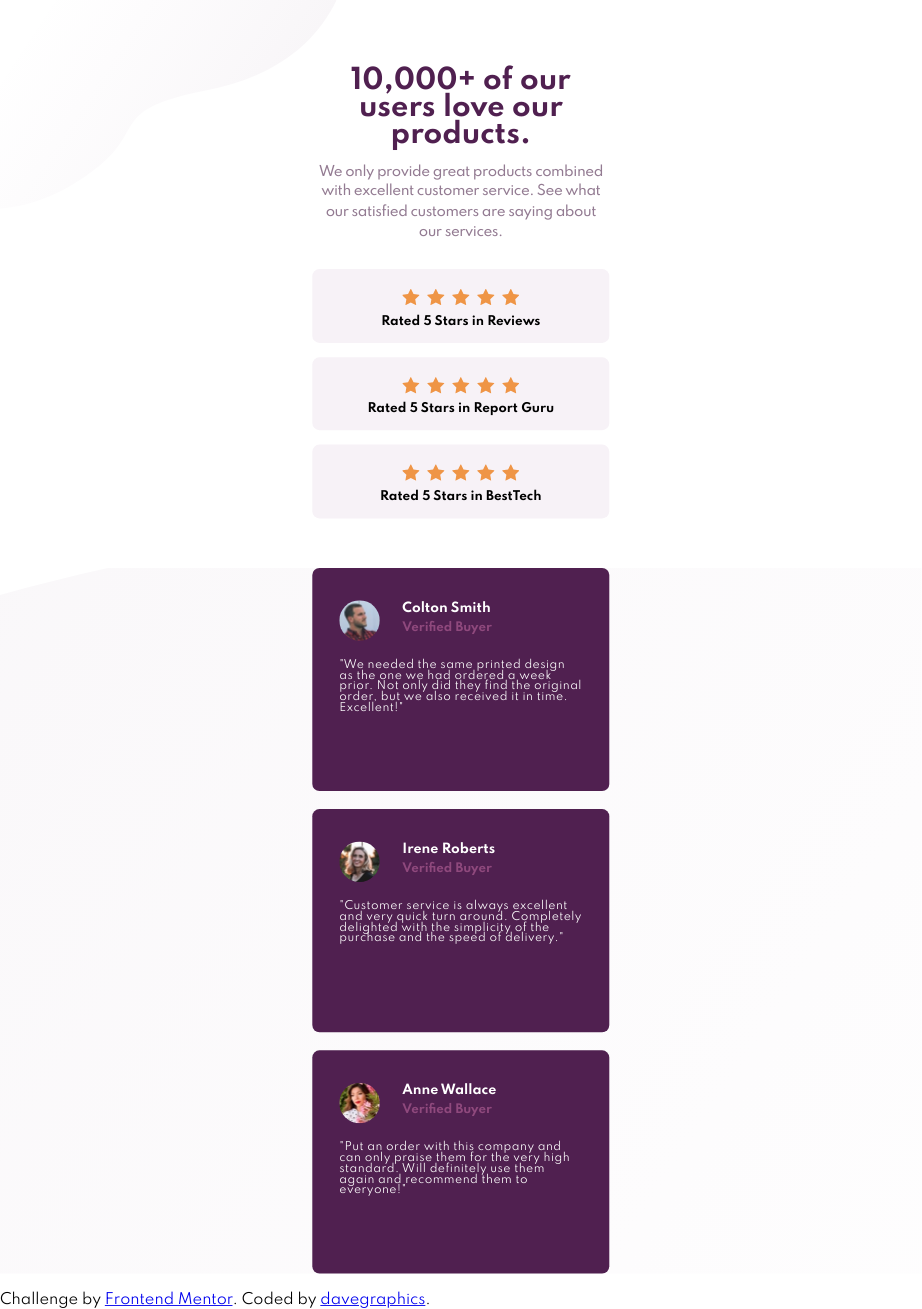
Repository: DejV44/social-proof-section-master
Page: index.html
These files come from the project's save history. The page is drawn as it stood at one moment and after the next save; the edit follows.
The browser window is 1024 px wide. The pictures show the whole page, at 90% of full size.
The style sheet was rebuilt from its Sass, Less or Tailwind sources for each picture, by a compiler version that may differ from the author's.

Above is the page before, as saved 2021-06-26 21:51:15.

### index.html
<!DOCTYPE html>

<html lang="en">
<head>
    <meta charset="UTF-8">
    <meta http-equiv="X-UA-Compatible" content="IE=edge">
    <meta name="viewport" content="width=device-width, initial-scale=1.0">
    <link rel="stylesheet" href="../css/main.css">
    <title>social-proof-section-master</title>
</head>
<body>
    <div class="size">
        <section class="main">
            <div class="titles">
                <h1 class="title">10,000+ of our <br>users love our <br>products.</h1>
                <p class="item-1">We only provide great products combined with excellent customer service. See what our satisfied customers are saying about our services.</p>
            </div>
            <div class="container">
                <ul>
                    <li class="item1">
                        <img src="../img/stars.svg" alt="stars">
                        <h5>Rated 5 Stars in Reviews</h5>
                    </li>
                </ul>

                <ul>
                    <li class="item2">
                        <img src="../img/stars.svg" alt="stars">
                        <h5>Rated 5 Stars in Report Guru</h5>
                    </li>
                </ul>

                <ul>
                    <li class="item3">
                        <img src="../img/stars.svg" alt="stars">
                        <h5>Rated 5 Stars in BestTech</h5>
                    </li>
                </ul>
            </div>
        </section>

        <section class="citate">
            <ul class="alfa">
                <li>
                    <div class="identy1">
                        <img src="../img/image-colton.jpg" alt="stars">
                        <div>
                            <h3>Colton Smith</h3>
                            <h4>Verified Buyer</h4>
                        </div>
                    </div>
                    <blockquote>"We needed the same printed design as the one we had ordered a week prior. Not only did they find the original order, but we also received it in time. Excellent!"</blockquote>
                </li>
            </ul>

            <ul class="beta">
                <li>
                    <div class="identy2">
                        <img src="../img/image-irene.jpg" alt="stars">
                        <div>
                            <h3>Irene Roberts</h3>
                            <h4>Verified Buyer</h4>
                        </div>
                    </div>
                    <blockquote>"Customer service is always excellent and very quick turn around. Completely delighted with the simplicity of the purchase and the speed of delivery."</blockquote>
                </li>
            </ul>

            <ul class=gama>
                <li>
                    <div class="identy3">
                        <img src="../img/image-anne.jpg" alt="stars">
                        <div>
                            <h3>Anne Wallace</h3>
                            <h4>Verified Buyer</h4>
                        </div>
                    </div>
                    <blockquote>"Put an order with this company and can only praise them for the very high standard. Will definitely use them again and recommend them to everyone!"</blockquote>
                </li>
            </ul>
        </section>
        <div class="attribution">
            Challenge by
            <a href="https://www.frontendmentor.io?ref=challenge" target="_blank"
            >Frontend Mentor</a
            >. Coded by <a href="#">davegraphics</a>.
      </div>
    </div>
</body>
</html>

### css/main.scss
@import url('https://fonts.googleapis.com/css2?family=Spartan:wght@400;500;700&display=swap');

*{
    margin: 0;
    padding: 0;

    -webkit-font-smoothing: antialiased;
    /*outline: 3px solid rgb(197, 197, 197);*/
}

:root {
    --primary-color: hsl(300, 43%, 22%);
    --soft-pink: #8F497D;
    --neutral-color: hsl(303, 10%, 53%);
    --light-color: hsl(300, 24%, 96%);
    --white: hsl(0, 0%, 100%);
}

html {
    height: 100%;
}

@media only screen and (min-width: 1250px) {

body {
    margin: 0;
    padding: 0;

    background-image: url("/img/bg-pattern-top-desktop.svg"), url("/img/bg-pattern-bottom-desktop.svg");
    background-position: top 0px left 0px, bottom 0px right 0px;
    background-repeat: no-repeat;
    background-size: inherit;
    //background: var(--white);
    font-family: 'Spartan', sans-serif;

    .size {


        .main {

            margin: 120px auto 0 167px;
            max-width: 1440px;
            max-height: 400px;
            display: grid;
            grid-template-columns: 1fr 1fr;

            .titles {

                margin-right: 20%;

                .title {
                    font-size: 40px;
                    padding-bottom: 7px;
                }
            }

            .container {


                ul {

                    li {
                        display: grid;
                        grid-template-columns: 180px 260px;
                        list-style: none;
                        text-align: left;
                        border-radius: 7px;
                        background: var(--light-color);
                        max-width: 445px;

                    }
                    .item1 {
                        margin-left: -100px;
                        margin-bottom: 7px;
                    }

                    .item2 {
                        margin-left: -50px;
                        margin-bottom: 7px;
                    }

                    img {
                        width: 120px;
                        height: 17px;
                        grid-column: 1/2;
                        padding: 20px 0 20px 30px;
                    }

                    h5 {
                        grid-column: 2/2;
                        width: 260px;
                        padding: 20px 0;

                    }
                }
            }
        }


        .citate {


            display: grid;
            grid-template-columns: 1fr 1fr 1fr;
            margin: 50px auto;
            max-width: 1440px;


            ul {

                padding: 40px 30px;

                background: var(--primary-color);
                border-radius: .5em;
                width: 350px;
                height: 235px;
                margin: 0px auto 20px auto;

                blockquote {
                        color: var(--white);
                        margin-top: 25px;
                        line-height: 28px;
                        text-align: left;

                }

                li {
                    list-style: none;

                    h3 {
                            color: var(--white);
                            margin: .5em 0 .2em 0;
                            padding-left: 20px;
                            font-size: 15px;

                        }

                        h4 {
                            color: var(--soft-pink);
                            margin: .4em 0 .2em 0;
                            padding-left: 20px;
                            font-size: 14px;

                        }

                    .identy1 {
                        grid-column: 1/3;
                        display: flex;
                        img {
                            margin-top: 6px;
                            border-radius: 5em;
                            width: 45px;
                            height: 45px;
                            position: relative;
                            top: 4px;
                            left: 4px;
                        }

                    }

                    .identy2 {
                        grid-column: 2/3;
                        display: flex;
                        img {
                            margin-top: 6px;
                            border-radius: 5em;
                            width: 45px;
                            height: 45px;
                            position: relative;
                            top: 4px;
                            left: 4px;

                        }


                    }

                    .identy3 {
                        grid-column: 3/3;
                        display: flex;
                        img {
                            margin-top: 6px;
                            border-radius: 5em;
                            width: 45px;
                            height: 45px;
                            position: relative;
                            top: 4px;
                            left: 4px;
                        }


                    }
                }

            }

            .beta {
                margin-top: 20px;
            }

            .gama {
                margin-top: 40px;
            }
        }

        .attribution {
            position: absolute;
            width: 100%;
            bottom: 0;
            text-align: center;
            font-size: 13px;
            padding-bottom: 5px;


            a {
                text-decoration: none;
                font-size: 13px;

            }


        }
    }

}
}

@media only screen and (max-width: 1250px) {
body {
    margin: 0;
    padding: 0;
    font-family: 'Spartan', sans-serif;
    background-image: url("/img/bg-pattern-top-mobile.svg");
    background-position: top 0px left 0px;
    background-repeat: no-repeat;
    background-size: inherit;

    .size {



        .main {
            text-align: center;
            margin: 0 auto 70px auto;




            .title {
                margin: 0 auto;
                padding: 2.5em 10% 0 10%;
                font-size: 30px;
                line-height: 30px;
                font-weight: 900;
                color: var(--primary-color);
                width: 330px;
                height: 105px;
            }

            p {
                padding: 10px auto;
                margin: 0px auto;
                color: var(--neutral-color);
                line-height: 1.5em;
                letter-spacing: -0.5px;
                width: 325px;
                height: 100px;
                font-size: 14.9px;
                font-weight: 500;
            }

            .container {
                padding: .2em;
                width: 330px;
                height: 80px;
                display: inline-block;

                ul {
                    background: var(--light-color);
                    border-radius: .5em;
                    width: 330px;

                    li {
                    list-style: none;
                    padding: 1em;
                    margin: 1em;


                    img {
                        padding: .3em;
                        width: 130px;
                        height: 20px;
                    }

                    h3 {
                        padding: .3em;
                        color: var(--primary-color);
                        font-size: 13px;
                    }
                }
                }

            }



        }

        .citate {
        background-image: url("..//img/bg-pattern-bottom-mobile.svg");
        background-repeat: no-repeat;
        background-size: cover;
        background-position-x: 100%;
        background-position-y: 100%;

            .alfa, .beta, .gama {
                list-style: none;
                background: var(--primary-color);
                border-radius: .5em;
                width: 330px;
                height: 248px;
                margin: 0px auto 20px auto;

                .identy1, .identy2, .identy3 {
                    display: flex;

                    h3 {
                        color: var(--white);
                        margin: .5em 0 .2em 25px;
                        padding: 30px 0 0 30px;
                        font-size: 14px;
                    }

                    h4 {
                        color: var(--soft-pink);
                        margin: .4em 0 .2em 25px;
                        padding: 0px 0 0 30px;
                        font-size: 13px;
                    }

                    img {
                        margin-top: 6px;
                        border-radius: 5em;
                        width: 45px;
                        height: 45px;
                        position: relative;
                        top: 30px;
                        left: 30px;
                    }
                }

                blockquote {
                    color: var(--white);
                    margin-top: 25px;
                    padding: 0 30px 30px 30px;
                    letter-spacing: 0.5px;
                    line-height: 12px;
                    text-align: left;
                    font-size: 12px;
                }
            }
        }



    }





}

}

After the next save:
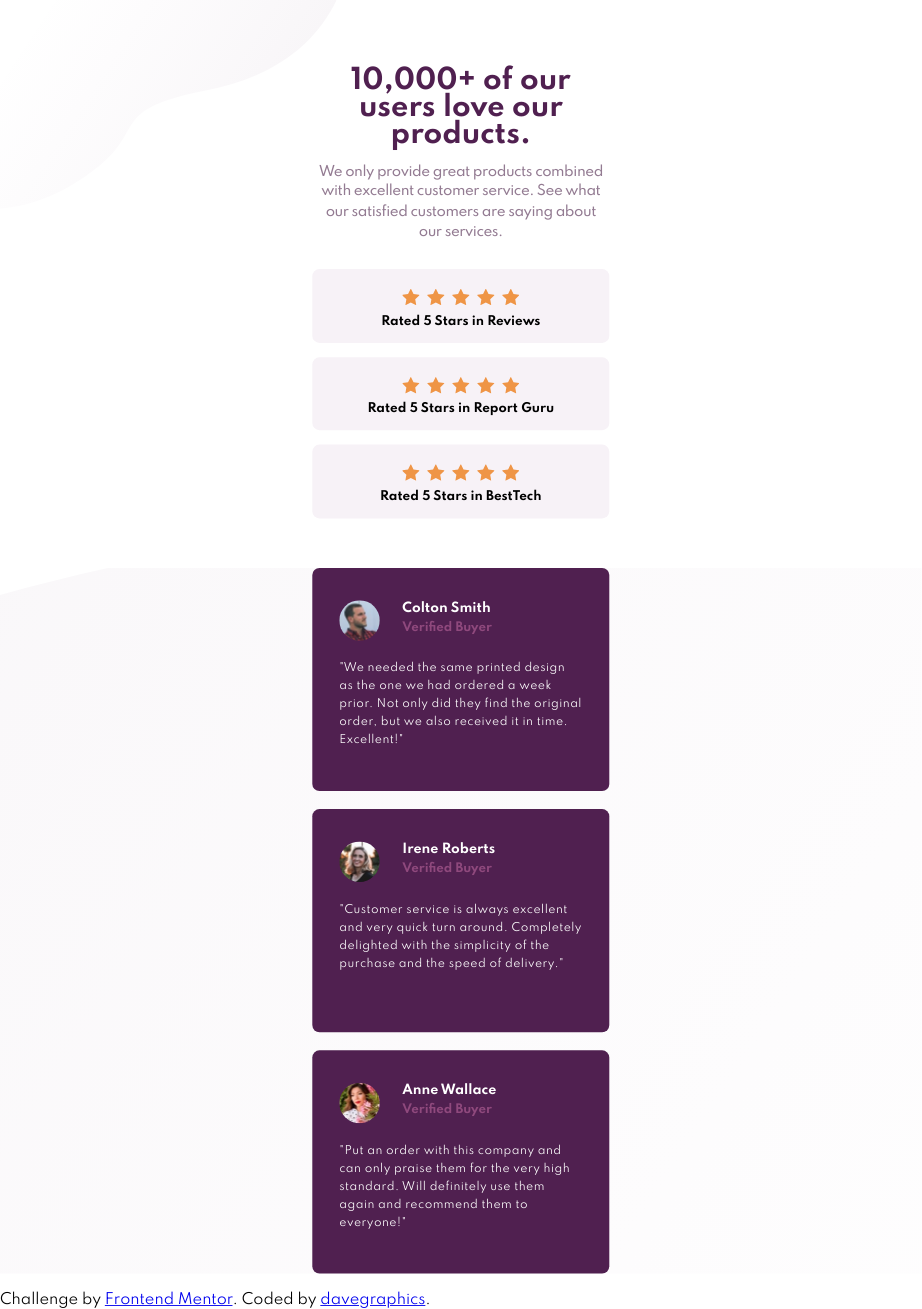
Saved 5 s later.
--- a/css/main.scss
+++ b/css/main.scss
@@ -354,7 +354,7 @@ body {
                     margin-top: 25px;
                     padding: 0 30px 30px 30px;
                     letter-spacing: 0.5px;
-                    line-height: 12px;
+                    line-height: 20px;
                     text-align: left;
                     font-size: 12px;
                 }
